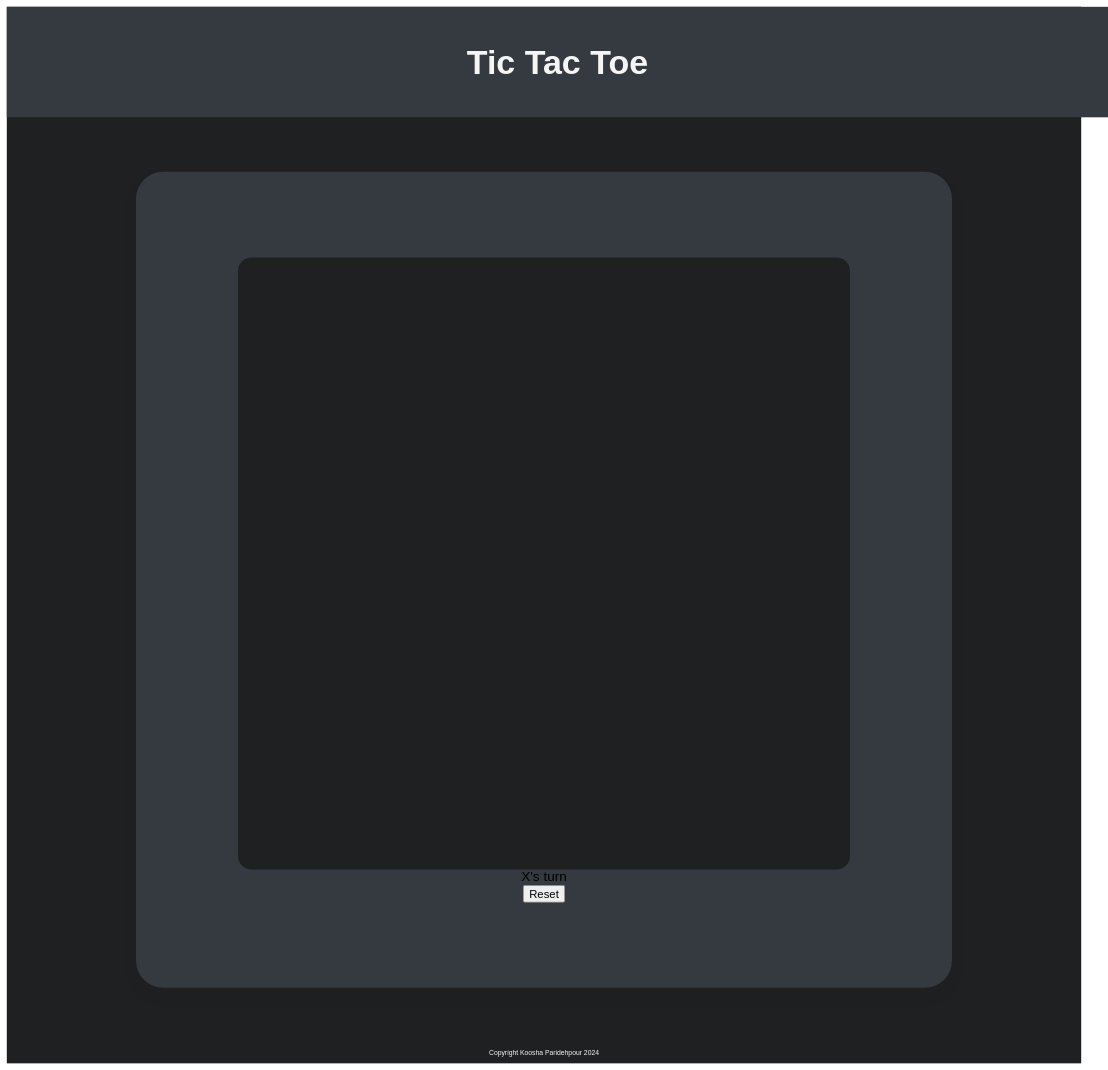
Repository: KooshaPari/odin-TTT
Page: index.html
The author's editor kept a copy of each file at every save. The page is drawn from the files as they stood at one save, then again after the next save.
The browser window is 1280 px wide. The page is 1304 px wide, so the pictures cover 1304 px, including what lies to the right of the window. The pictures show the whole page, at 85% of full size.

Above is the page before, as saved 2024-03-14 22:48:22.

### index.html
<!doctype html>
<html lang="en">
  <head>
    <meta charset="UTF-8" />

    <link rel="stylesheet" href="./style.css" />
    <meta name="viewport" content="width=device-width, initial-scale=1.0" />
    <title>Document</title>
  </head>
  <body>
    <div id="parent">
      <div id="header">
        <h1>Tic Tac Toe</h1>
      </div>
      <div id="body">
        <div id="game">
          <div id="board">
            <div class="square" id="0"></div>
            <div class="square" id="1"></div>
            <div class="square" id="2"></div>
            <div class="square" id="3"></div>
            <div class="square" id="4"></div>
            <div class="square" id="5"></div>
            <div class="square" id="6"></div>
            <div class="square" id="7"></div>
            <div class="square" id="8"></div>
          </div>
          <div id="status">X's turn</div>
          <button id="reset">Reset</button>
        </div>
      </div>
      <div id="footer">
        <p>Copyright Koosha Paridehpour 2024</p>
      </div>
    </div>
  </body>
</html>

### style.css
* {
  font-family: sans-serif;
}
#parent {
  background-color: #1f2022;
  width: 100%;
  height: 100%;
}
#header {
  background-color: #353a40;
  padding: 1.25%;
  width: 100%;
  height: 100%;
}
#header h1 {
  color: #f6f5f5;

  font-size: 2.5em;
}
#footer p {
  color: #f6f5f5;
  font-size: 0.5em;
}

#header,
#footer,
#body {
  display: flex;
  align-items: center;
  justify-content: center;
}
#title {
  color: #f6f5f5;
}
#body {
  flex-direction: column;
}
#game {
  display: flex;
  flex-direction: column;
  justify-content: center;
  align-items: center;
  background-color: #353a40;
  border-radius: 2em;
  margin: 5vw;
  box-shadow: 0px 10px 10px #1f2022;
  width: 75vw;
  height: 75vw;
  -webkit-border-radius: 2em;
  -moz-border-radius: 2em;
  -ms-border-radius: 2em;
  -o-border-radius: 2em;
}
#board {
  width: 75%;
  height: 75%;
  background-color: #1f2022;
  border-radius: 1em;
  -webkit-border-radius: 1em;
  -moz-border-radius: 1em;
  -ms-border-radius: 1em;
  -o-border-radius: 1em;
}

After the next save:
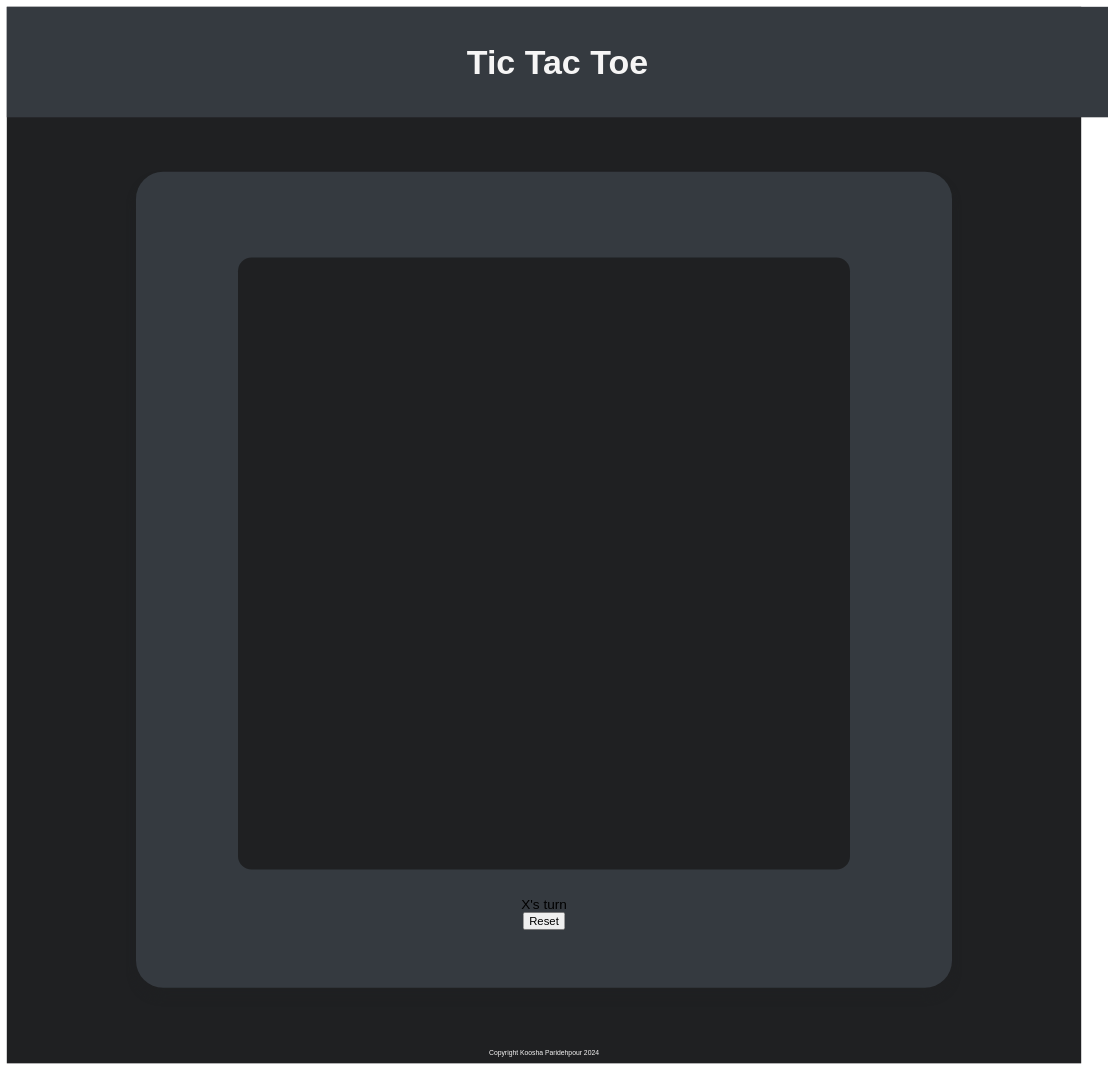
Saved 10 s later.
--- a/style.css
+++ b/style.css
@@ -56,6 +56,7 @@
   height: 75%;
   background-color: #1f2022;
   border-radius: 1em;
+  margin: 2em;
   -webkit-border-radius: 1em;
   -moz-border-radius: 1em;
   -ms-border-radius: 1em;
